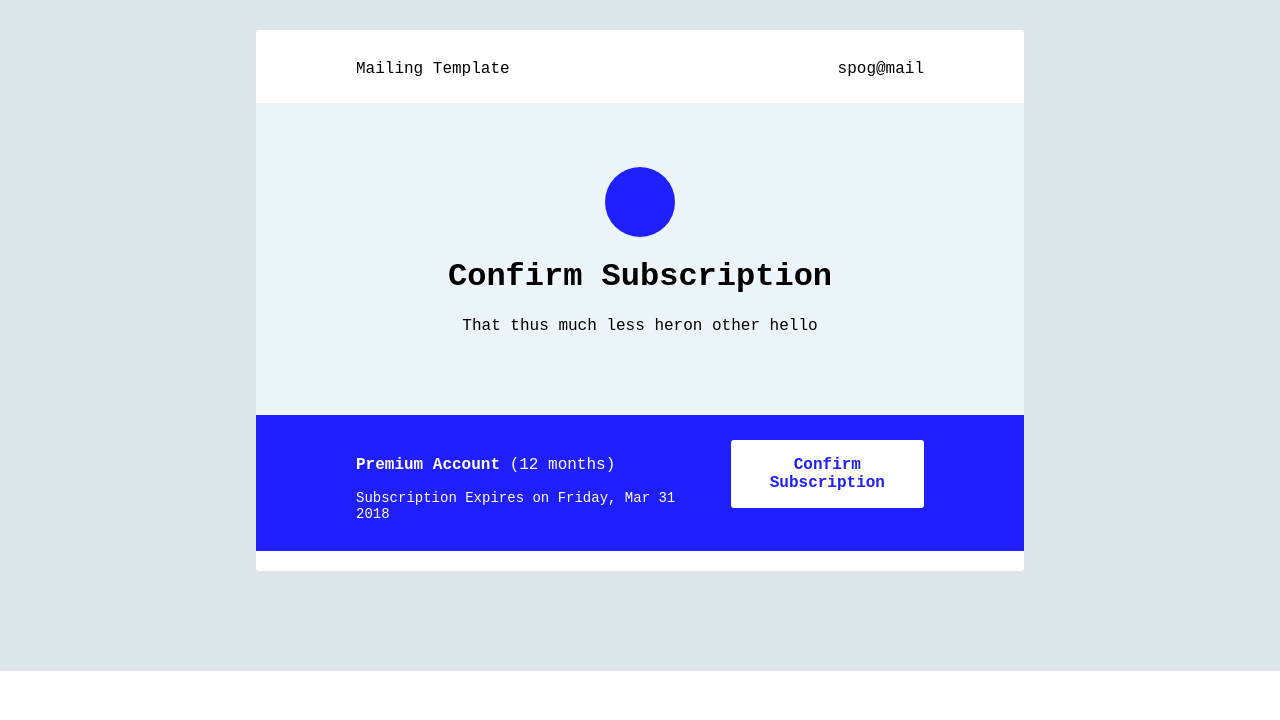
Repository: Lecon-Git/Appmail-Template
Page: mail.html
These files come from the project's save history. The page is drawn as it stood at one moment and after the next save; the edit follows.
The browser window is 1280 px wide. The pictures show the whole page.

Above is the page before, as saved 2021-11-01 22:00:22.

After the next save:
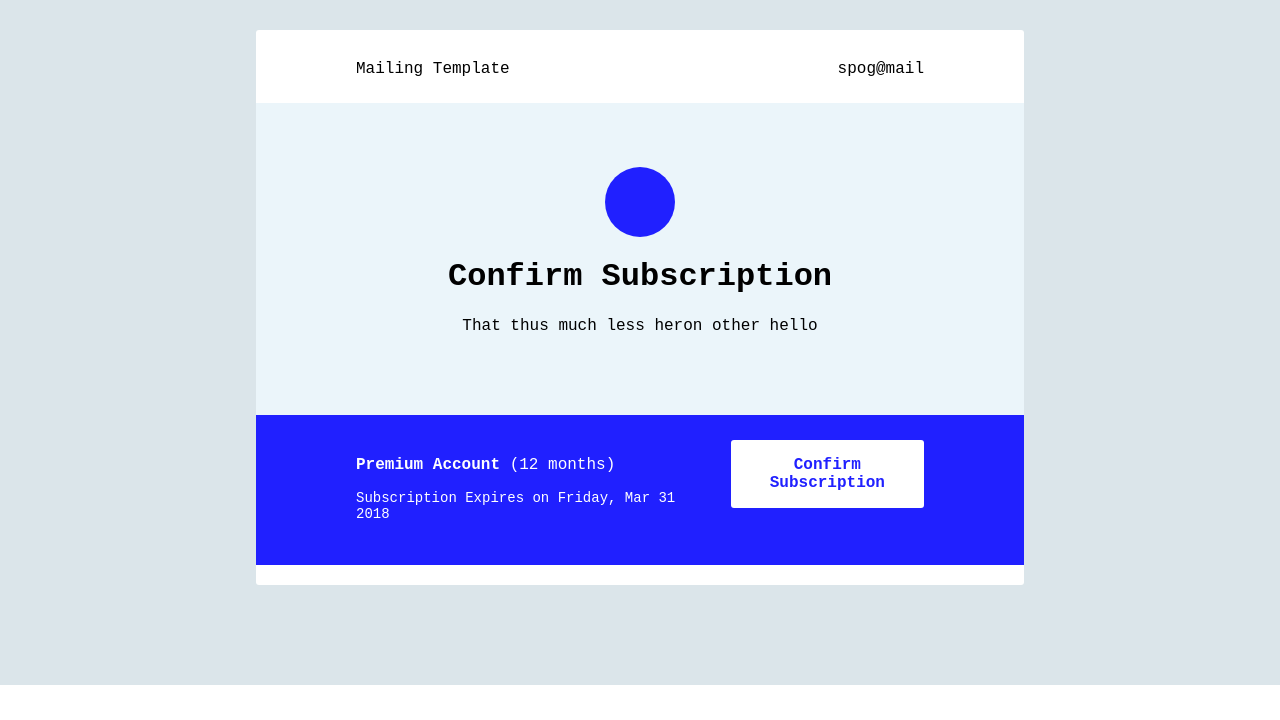
Saved 27 s later.
--- a/css/mail.css
+++ b/css/mail.css
@@ -47,6 +47,7 @@ body {
 }
 
 .premium {
+    height: 150px;
     background-color: #2020ff;
     color: #fff;
     display: flex;
